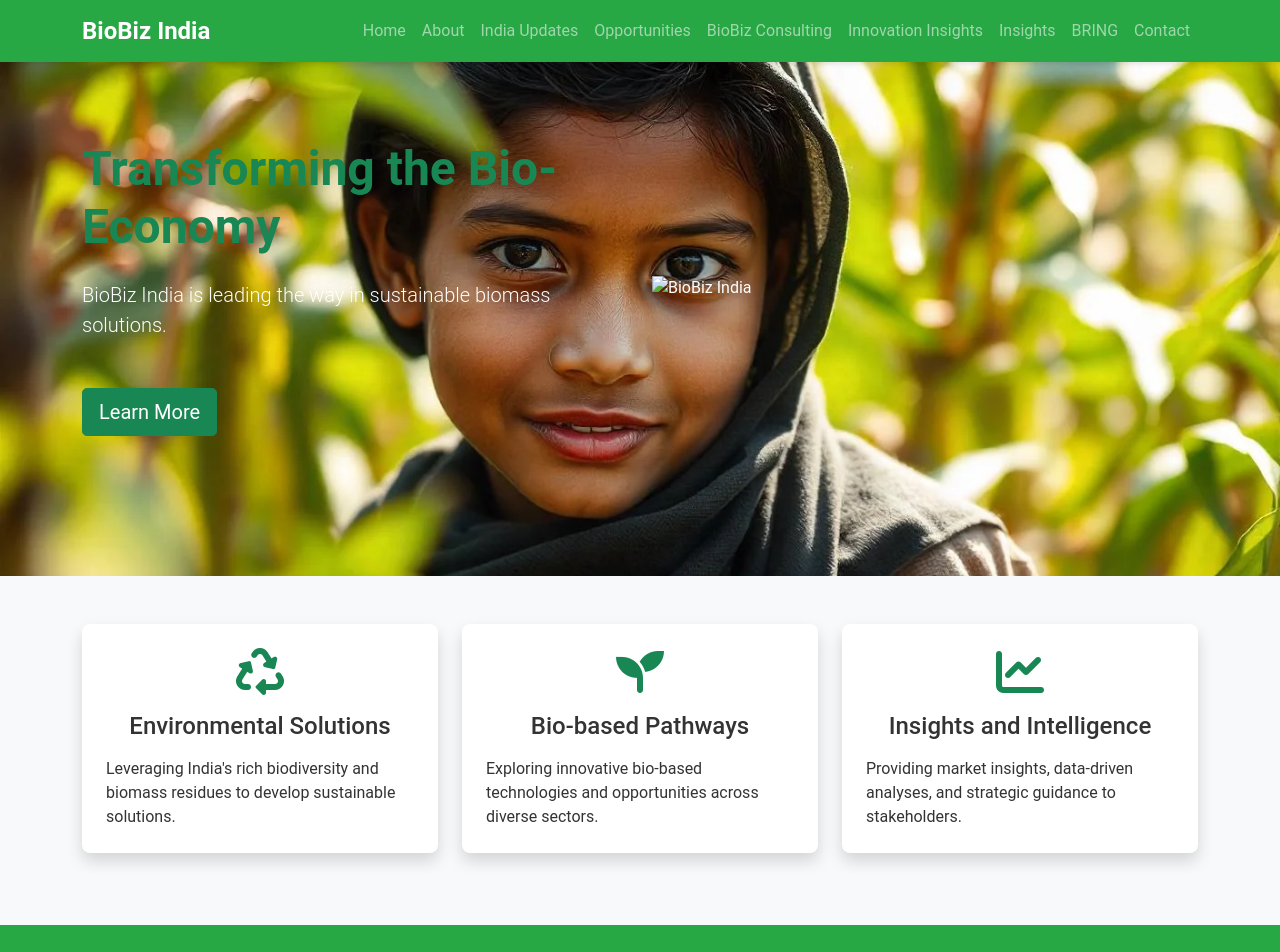
Repository: abhijeets54/biobiz
Page: biobiz.html
An editor plug-in stored every save of this project. The page is shown before and after a run of saves, followed by the edit.
The browser window is 1280 px wide. The pictures show the part of the page from y = 0 to 952 px (the page is 3343 px tall).
A picture or video elsewhere on the page could not be fetched, so the positions and the page height are approximate.

Above is the page before, as saved 2024-12-17 14:19:49.

After the next 2 saves:
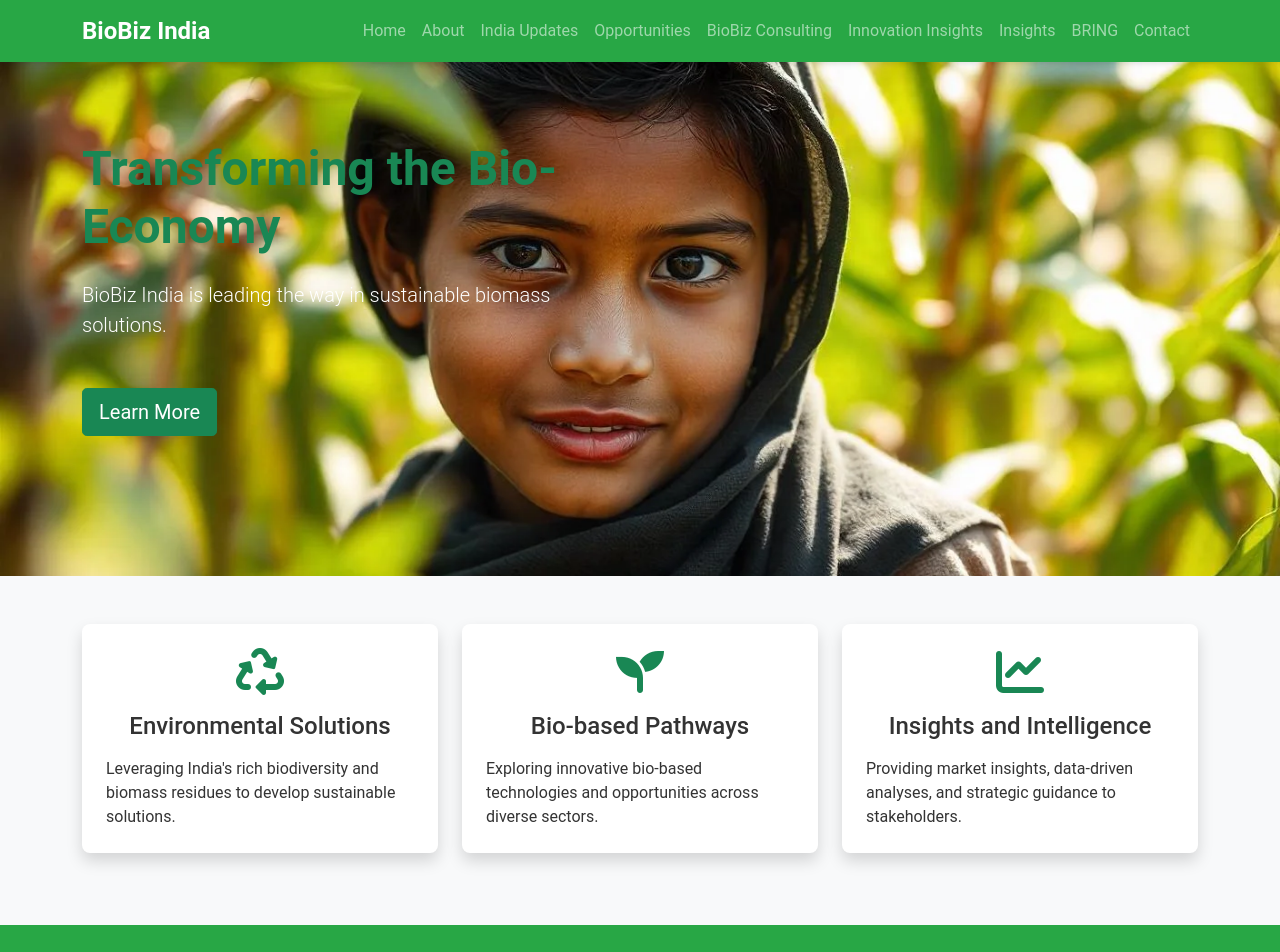
The 2 saves are shown as one change because they came seconds apart.
The last was saved 10 s later.
--- a/biobiz.html
+++ b/biobiz.html
@@ -61,7 +61,7 @@
             <a href="#" class="btn btn-success btn-lg">Learn More</a>
           </div>
           <div class="col-lg-6">
-            <img src="" alt="BioBiz India" class="img-fluid">
+
           </div>
         </div>
       </div>
